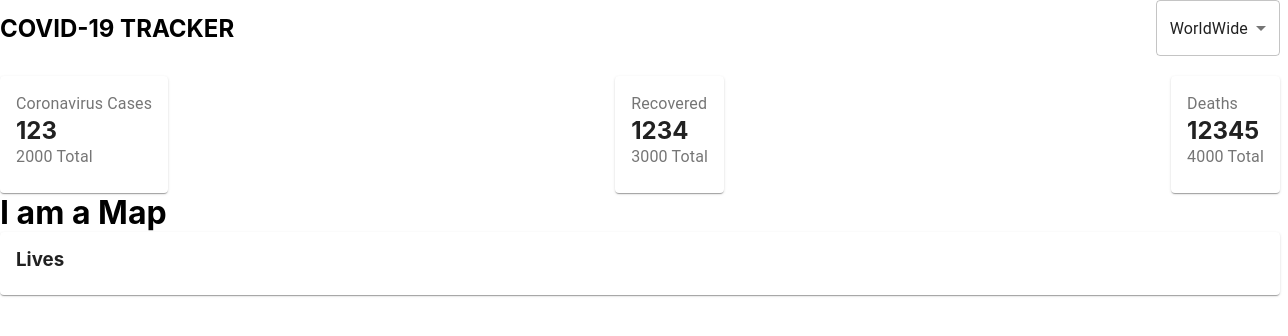
Repository: exiled-kal/2OnProcess
Page: /
The author's editor kept a copy of each file at every save. The page is drawn from the files as they stood at one save, then again after the next save.
The browser window is 1280 px wide. The page is 1288 px wide, so the pictures cover 1288 px, including what lies to the right of the window. The pictures show the whole page.
The page's requests for data from a server got no answer. The project was rebuilt for these pictures with package versions that can differ from the ones it lists, and the page was loaded fresh each time. No one was signed in, and anything a server would have sent is missing.

Above is the page before, as saved 2020-08-17 16:03:26.

### src/index.css


body {
  margin: 0;
  font-family: -apple-system, BlinkMacSystemFont, 'Segoe UI', 'Roboto', 'Oxygen',
    'Ubuntu', 'Cantarell', 'Fira Sans', 'Droid Sans', 'Helvetica Neue',
    sans-serif;
  -webkit-font-smoothing: antialiased;
  -moz-osx-font-smoothing: grayscale;
}

code {
  font-family: source-code-pro, Menlo, Monaco, Consolas, 'Courier New',
    monospace;
}

### src/App.js
import React, {useState, useEffect} from 'react';
import './App.css';
import {
  FormControl,
  Select,
  MenuItem,
  Card,
  CardContent,
} from '@material-ui/core';
import InfoBox from './InfoBox';
import Map from './Map';

function App() {
  const [countries, setCountries] = useState([]);
  const [country, setCountry] = useState('worldwide');

  // https://disease.sh/v3/covid-19/countries

  useEffect(() => {
    const getCountriesData = async () => {
      await fetch('https://disease.sh/v3/covid-19/countries')
        .then((response) => response.json())
        .then((data) => {
          const countries = data.map((country) => ({
            name: country.country, //United States, United Kingdom
            value: country.countryInfo.iso2, // UK, USA
          }));
          setCountries(countries);
        });
    };
    getCountriesData();
  }, []);

  const onCountryChange = async (e) => {
    const countryCode = e.target.value;

    setCountry(countryCode);
  };

  return (
    <div className="app">
      <div className="app__left">
        <div className="app__header">
          <h2>COVID-19 TRACKER</h2>
          <FormControl className="app__dropdown">
            <Select
              variant="outlined"
              onChange={onCountryChange}
              value={country}
            >
              <MenuItem value="worldwide">WorldWide</MenuItem>
              {countries.map((country) => (
                <MenuItem value={country.value}>{country.name}</MenuItem>
              ))}
            </Select>
          </FormControl>
        </div>

        <div className="app__stats">
          <InfoBox title="Coronavirus Cases" cases={123} total={2000} />

          <InfoBox title="Recovered" cases={1234} total={3000} />

          <InfoBox title="Deaths" cases={12345} total={4000} />
        </div>
        <Map />
      </div>
      <Card className="app__right">
        <CardContent>
          <h3>Lives </h3>
        </CardContent>
      </Card>
    </div>
  );
}

export default App;

### src/App.css
* {
  margin: 0;
}

.body {
  background-color: #f5f6fa;
}

.app__header {
  display: flex;
  align-items: center;
  margin-bottom: 20px;
  justify-content: space-between;

}

.app__stats {
  display: flex;
  justify-content: space-between;
}

### src/InfoBox.js
import React from 'react';
import {Card, CardContent, Typography} from '@material-ui/core';

function InfoBox({title, cases, total}) {
  return (
    <Card className="infoBox">
      <CardContent>
        {/* Title ie. Coronavirus cases */}
        <Typography className="infoBox__title" color="textSecondary">
          {title}
        </Typography>

        {/* +120k Number of cases */}
        <h2 className="infoBox__cases">{cases}</h2>

        {/* 1.2M Total */}
        <Typography className="infoBox__total" color="textSecondary">
          {total} Total
        </Typography>
      </CardContent>
    </Card>
  );
}

export default InfoBox;

### src/Map.js
import React from 'react';

function Map() {
  return (
    <div className="map">
      <h1>I am a Map</h1>
    </div>
  );
}

export default Map;

Loaded but not shown: public/index.html (common file); src/index.js (common file); src/serviceWorker.js (common file)

After the next save:
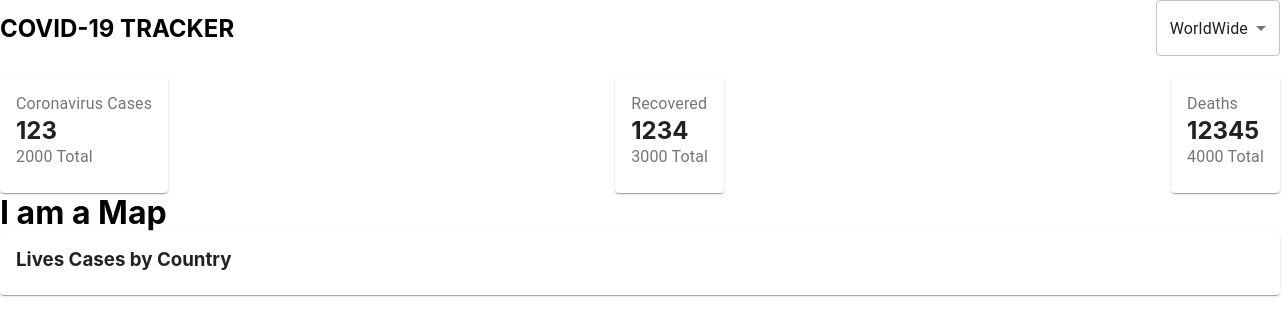
Saved 5 s later.
--- a/src/App.js
+++ b/src/App.js
@@ -67,7 +67,7 @@ function App() {
       </div>
       <Card className="app__right">
         <CardContent>
-          <h3>Lives </h3>
+          <h3>Lives Cases by Country</h3>
         </CardContent>
       </Card>
     </div>
